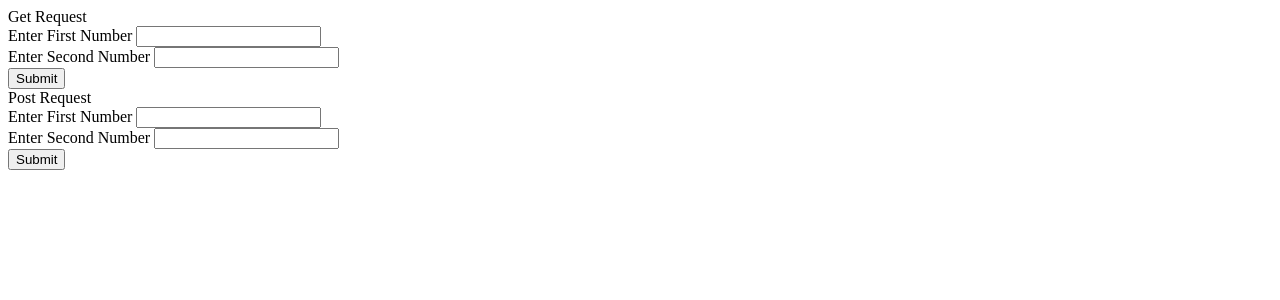
Repository: RashmitTopG/Servlet-and-JSP
Page: DemoApp/src/main/webapp/index.html
The author's editor kept a copy of each file at every save. The page is drawn from the files as they stood at one save, then again after the next save.
The browser window is 1280 px wide. The pictures show the whole page.

Above is the page before, as saved 2025-12-23 19:15:04.

### DemoApp/src/main/webapp/index.html
<!DOCTYPE html>
<html>
<head>
<meta charset="UTF-8">
<title>Insert title here</title>
</head>
<body>
	<div>Get Request </div>
	<form action = "add" method = "get">

	Enter First Number <input type = "text" name ="number1"><br>
	Enter Second Number <input type = "text" name ="number2"><br>
	<input type ="submit">
	</form>

	<div>Post Request</div>
	<form action = "add" method = "post">

		Enter First Number <input type = "text" name = "number1"><br>
		Enter Second Number <input type = "text" name = "number2"><br>
		<input type = "submit">
	</form>

</body>
</html>

After the next save:
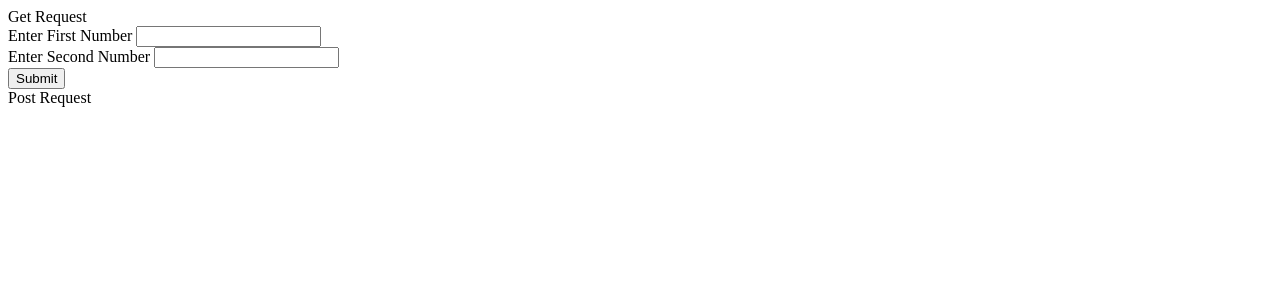
Saved 62 s later.
--- a/DemoApp/src/main/webapp/index.html
+++ b/DemoApp/src/main/webapp/index.html
@@ -14,12 +14,12 @@
 	</form>
 
 	<div>Post Request</div>
-	<form action = "add" method = "post">
+	<!-- <form action = "add" method = "post">
 
 		Enter First Number <input type = "text" name = "number1"><br>
 		Enter Second Number <input type = "text" name = "number2"><br>
 		<input type = "submit">
-	</form>
+	</form> -->
 
 </body>
 </html>

After the save that followed:
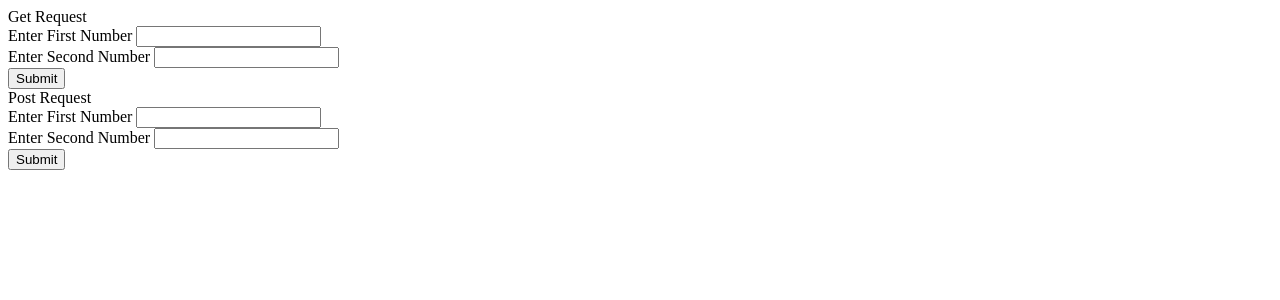
Saved 42 s later.
--- a/DemoApp/src/main/webapp/index.html
+++ b/DemoApp/src/main/webapp/index.html
@@ -14,12 +14,12 @@
 	</form>
 
 	<div>Post Request</div>
-	<!-- <form action = "add" method = "post">
+	<form action = "add" method = "post">
 
 		Enter First Number <input type = "text" name = "number1"><br>
 		Enter Second Number <input type = "text" name = "number2"><br>
 		<input type = "submit">
-	</form> -->
+	</form>
 
 </body>
 </html>
